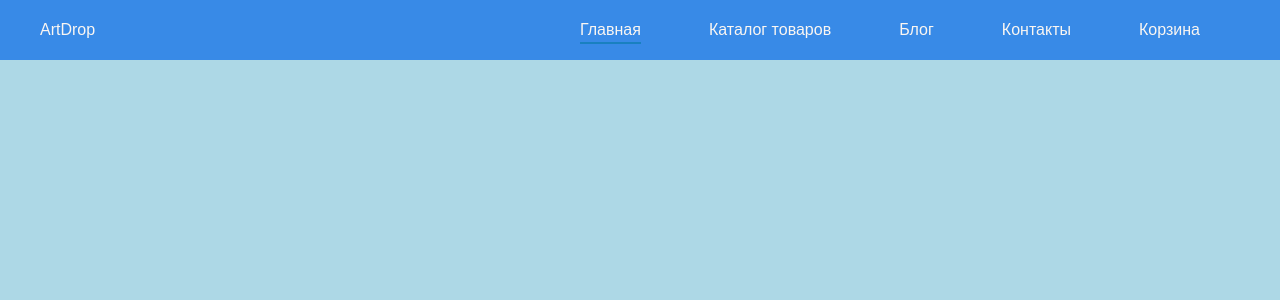
Repository: mnats725/art-drop
Page: index.html
An editor plug-in stored every save of this project. The page is shown before and after the next save, followed by the edit.
The browser window is 1280 px wide. The pictures show the whole page.

Above is the page before, as saved 2024-05-20 19:59:24.

### index.html
<!DOCTYPE html>
<html lang="en">
<head>
    <meta charset="UTF-8">
    <meta http-equiv="X-UA-Compatible" content="IE=edge">
    <meta name="viewport" content="width=device-width, initial-scale=1.0">
    <title>ArtDrop</title>
    <link rel="stylesheet" href="./css/style.css">
</head>
<body>
    <div class="wrapper">
        <header class="header">
            <!-- Шапка -->
            <div class="logo">
                <span>ArtDrop</span>
            </div>
            <!-- Меню сайта -->
            <nav class="nav">
                <ul>
                    <li class="active">Главная</li>
                    <li>Каталог товаров</li>
                    <li>Блог</li>
                    <li>Контакты</li>
                    <li>Корзина</li>
                </ul>
            </nav>
            <!-- Иконка бургерменю -->
            <div class="burger">
                <span></span>
            </div>
        </header>
    </div>
    <script>
        document.querySelector('.burger').addEventListener('click', function() {
            this.classList.toggle('active');
            document.querySelector('.nav').classList.toggle('open');
        })
    </script>
</body>
</html>

### css/style.css
html, body {
    height: 100%;
    width: 100%;
    margin: 0;
    padding: 0;
}

body {
    display: flex;
    flex-direction: column;
    font-family: Arial, "Helvetica Neue", Helvetica, sans-serif;
    background-color: #add8e6; /* светло-синий фон */
}

*{
    padding: 0;
    margin: 0;
    box-sizing: border-box;
}

.wrapper{
    flex-grow: 1;
}

.open{
    display: flex !important;
}

.header{
    display: flex;
    align-items: center;
    justify-content: space-between;
    min-height: 60px;
    background-color: #388ae7;
    color: #FAF6F2;
    padding: 0 40px;
}

.nav{
    display: flex;
    width: 700px;
    padding: 0 40px;
}

.nav ul{
    width: 100%;
    list-style: none;
    display: flex;
    justify-content: space-between;
}

.nav ul li {
    position: relative; /* Добавим позиционирование для создания эффекта */
    cursor: pointer; /* Указатель при наведении для обозначения активного элемента */
    transition: color 0.3s ease; /* Анимация при наведении */
}

.nav ul li::after {
    content: '';
    position: absolute;
    bottom: -5px;
    left: 0;
    width: 0; /* Начальное значение нулевой ширины */
    height: 2px;
    background-color: #1980C0; /* Цвет линии */
    transition: width 0.3s ease; /* Анимация изменения ширины */
}

.nav ul li:hover::after {
    width: 100%; /* Увеличиваем ширину линии при наведении */
}

.nav ul li:hover {
    color: #1980C0; /* Цвет текста при наведении */
}

.nav ul li.active::after {
    content: '';
    position: absolute;
    bottom: -5px;
    left: 0;
    width: 100%;
    height: 2px;
    background-color: #1980C0; /* Цвет подчеркивания активного элемента */
}

.burger{
    display: none;
    position: relative;
    z-index: 50;
    align-items: center;
    justify-content: flex-end;
    width: 30px;
    height: 18px;
}

.burger span{
    height: 2px;
    width: 80%;
    transform: scale(1);
    background-color: #FAF6F2;
}

.burger::before, .burger::after{
    content: '';
    position: absolute;
    height: 2px;
    width: 100%;
    background-color: #FAF6F2;
    transition: all 0.3s ease 0s;
}

.burger::before { top: 0 }

.burger::after { bottom: 0 }


/* Добавляем класс active для анимации иконки бургера */
.burger.active span { transform: scale(0) }

.burger.active::before{
    top: 50%;
    transform: rotate(-45deg) translate(0, -50%);
}

.burger.active::after{
    bottom: 50%;
    transform: rotate(45deg) translate(0, 50%);
}


/* При разрешении экрана 900px и ниже, выводим на экран иконку бургера */
@media (max-width: 900px) {

    .burger { display: flex }

    .nav{
        display: none;
        flex-direction: column;
        position: fixed;
        height: 100%;
        width: 100%;
        top: 0; bottom: 0; left: 0; right: 0;
        z-index: 50;
        overflow-y: auto;
        padding: 50px 40px;
        background-color: #388ae7;
        animation: burgerAnimation 0.4s;
    }

    .nav ul{
        flex-direction: column;
        row-gap: 30px;
    }


}

@keyframes burgerAnimation {
    from {opacity: 0}
    to {opacity: 1}
}

After the next save:
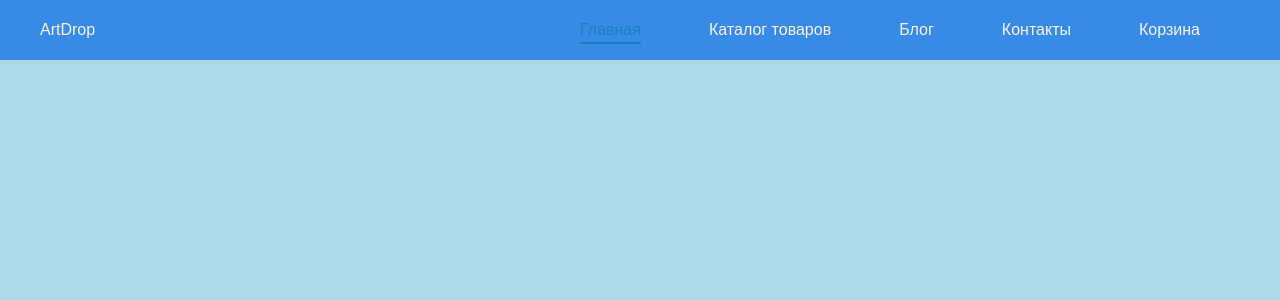
Saved 47 s later.
--- a/css/style.css
+++ b/css/style.css
@@ -26,7 +26,7 @@ body {
     display: flex !important;
 }
 
-.header{
+.header {
     display: flex;
     align-items: center;
     justify-content: space-between;
@@ -36,13 +36,13 @@ body {
     padding: 0 40px;
 }
 
-.nav{
+.nav {
     display: flex;
     width: 700px;
     padding: 0 40px;
 }
 
-.nav ul{
+.nav ul {
     width: 100%;
     list-style: none;
     display: flex;
@@ -70,8 +70,9 @@ body {
     width: 100%; /* Увеличиваем ширину линии при наведении */
 }
 
-.nav ul li:hover {
-    color: #1980C0; /* Цвет текста при наведении */
+.nav ul li:hover,
+.nav ul li.active { /* Изменение цвета текста при наведении и активном состоянии */
+    color: #1980C0; /* Цвет текста при наведении и активном состоянии */
 }
 
 .nav ul li.active::after {
